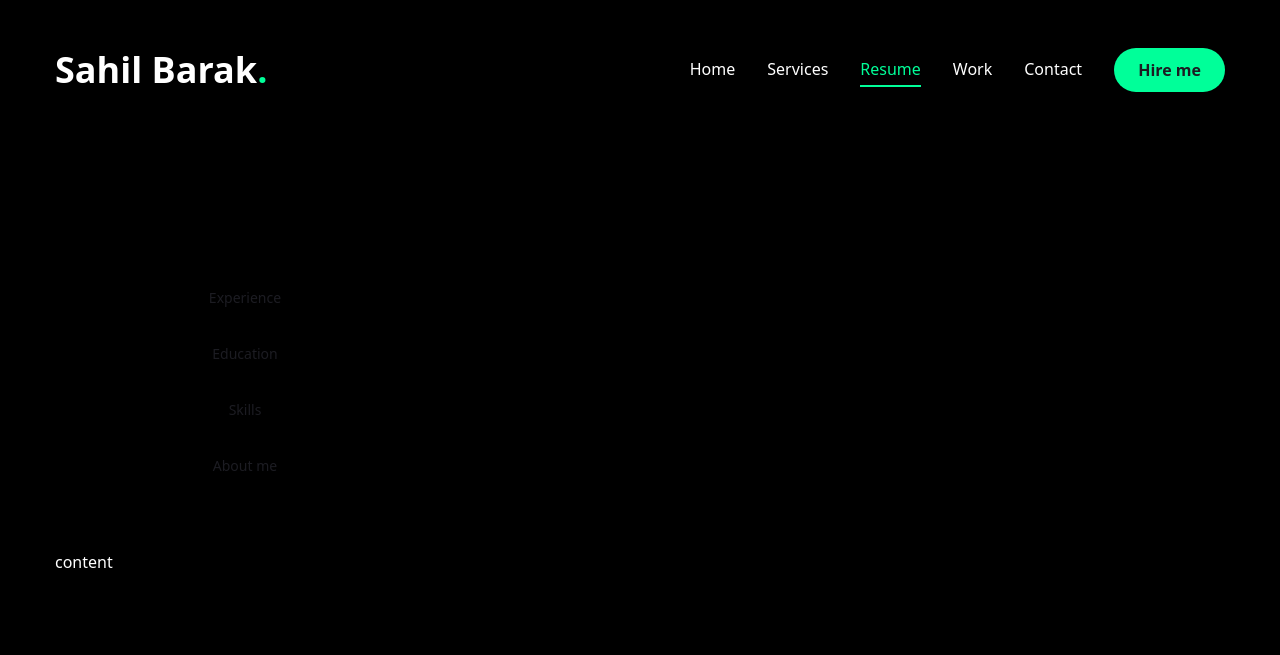
Repository: Moxsahil/My_portfolio
Page: /resume (app in sahil-portfolio/)
These files come from the project's save history. The page is drawn as it stood at one moment and after the next save; the edit follows.
The browser window is 1280 px wide. The pictures show the whole page.
The project was rebuilt for these pictures with package versions that can differ from the ones it lists, and the page was loaded fresh each time. The framework's server and built-in components were replaced by stand-ins that run in the browser. Also part of the build but not shown: sahil-portfolio/next.config.mjs, sahil-portfolio/components/ui/tooltip.jsx, sahil-portfolio/components/ui/scroll-area.jsx.

Above is the page before, as saved 2024-10-05 20:50:29.

### sahil-portfolio/app/layout.jsx
import { JetBrains_Mono } from "next/font/google";
import "./globals.css";
import Header from "@/components/Header";
import PageTransition from "@/components/PageTransition";
import StairTransition from "@/components/StairTransition";

const jetbrainsMono = JetBrains_Mono({
  subsets: ["latin"],
   weight: ["100", "200", "300", "400", "500", "600", "700", "800"],
   variable: '--font-jetbrainsMono'
});

export const metadata = {
  title: "Create Next App",
  description: "Generated by create next app",
};

export default function RootLayout({ children }) {
  return (
    <html lang="en">
      <body className={jetbrainsMono.variable}>
        <Header />
        <StairTransition />
        <PageTransition> {children}</PageTransition>
        </body>
    </html>
  );
}

### sahil-portfolio/app/resume/page.jsx
"use client";

import {
  FaHtml5,
  FaCss3,
  FaJs,
  FaReact,
  FaFigma,
  FaNodeJs,
} from 'react-icons/fa';

import { SiTailwindcss, SiNextdotjs } from 'react-icons/si';

//about data
const about = {
  title: 'About me',
  description: "Enthusiastic and diligent B.Tech Computer Science student with a strong foundation in Java programming, database management, and algorithm development. Adept at problem-solving and committed to continuous learning. Looking to leverage my skills and knowledge in a dynamic and challenging environment to contribute to innovative projects and advance my career in the tech industry.",
  info:[
    {
      fieldName: "Name",
      fieldValue: "Sahil Barak"
    },
    {
      fieldName: "Phone No",
      fieldValue: "(+91) 7404927198"
    },
    {
      fieldName: "Experience",
      fieldValue: "3 years of experience in contributing towards many projects and seeking for opportunities to work in the tech industry."
    },
    {
      fieldName: "Linkedin",
      fieldValue: "Sahil Barak"
    },
    {
      fieldName: "Email",
      fieldValue: "Sahilmk01@gmail.com"
    },
    {
      fieldName: "Nationality",
      fieldValue: "Indian"
    },
  ]
};

//experience
const experience = {
  icon: '/assets/resume/badge.svg',
  title: 'My Experience',
  description:
   "Enthusiastic and diligent B.Tech Computer Science student with a strong foundation in Java programming, database management, and algorithm development. Adept at problem-solving and committed to continuous learning. Looking to leverage my skills and knowledge in a dynamic and challenging environment to contribute to innovative projects and advance my career in the tech industry.",
   items: [
    {
      company: "Wipro",
      position: "Intern",
      duration: "Aug 2022 - Nov 2022",
    },
   ]
};

const education = {
  icon: '/assets/resume/cap.svg',
  title: 'My Education',
  description:
   "Qualifications I have",
   items: [
    {
      Institution: "PDM University",
      Degree : "B.Tech Computer Science",
      Grade: "7.31 CGPA",
      duration: "Aug 2019 - July 2023",
    },
    {
      Institution: "DAV Centenary Public School",
      Degree : "12th standard",
      Grade: "7.0 CGPA",
      duration: "Apr 2018 - Mar 2019",
    },
    {
      Institution: "DAV Centenary Public School",
      Degree : "10th standard",
      Grade: "8.6 CGPA",
      duration: "Apr 2016 - Mar 2017",
    },
   ]
};

//skills data
const skills = {
  title: 'My Skills',
  description: "Skills i learnt throughout my journey",
  skillList: [
    {
      icon: <FaHtml5 />,
      name: "HTML 5",
    },
    {
      icon: <FaCss3 />,
      name: "css 3",
    },
    {
      icon: <FaJs />,
      name: "javascript",
    },
    {
      icon: <FaReact/>,
      name: "react.js",
    },
    {
      icon: <SiNextdotjs />,
      name: "next.js",
    },
    {
      icon: <SiTailwindcss/>,
      name: "Tailwind.css",
    },
    {
      icon: <FaNodeJs />,
      name: "node.js",
    },
  ]
}

import { Tabs, TabsContent, TabsList, TabsTrigger } from "@/components/ui/tabs";

import { Tooltip, TooltipContent, TooltipProvider, TooltipTrigger } from '@/components/ui/tooltip';

import { ScrollArea } from '@/components/ui/scroll-area';
import { motion } from 'framer-motion';

const Resume = () => {
  return (
    <motion.div
    initial={{opacity: 0}}
    animate={{opacity: 1,
      transition: {delay: 2.4, duration: 0.4, ease: "easeIn"},
     }}
     className="min-h-[80vh] flex items-center justify-center py-12 xl:py-0"
     >
      <div className="container mx-auto">
        <Tabs defaultValue="Experience" className="flex flex-col xl: flex-row gap-[60px]">
          <TabsList className="flex flex-col w-full max-w-[380px] mx-auto xl:mx-0 gap-6">
            <TabsTrigger value="experience">Experience</TabsTrigger>
            <TabsTrigger value="education">Education</TabsTrigger>
            <TabsTrigger value="skills">Skills</TabsTrigger>
            <TabsTrigger value="about">About me</TabsTrigger>
          </TabsList>

          {/* content */}
          <div>content</div>

        </Tabs>
      </div>
      </motion.div>
  )
}

export default Resume;

### sahil-portfolio/app/globals.css
@tailwind base;
@tailwind components;
@tailwind utilities;

@layer base{
    body {
        @apply font-primary bg-black text-white leading-loose;
    }
    .h1{
        @apply text-[48px] xl:text-[80px] leading-[1.1] font-semibold;
    }
    .h2{
        @apply text-[36px] xl:text-[48px] leading-[1.1] font-semibold;
    }
    .h3{
        @apply text-[20px] xl:text-[24px] leading-[1.1] font-semibold;
    }
.text-outline{
    -webkit-text-stroke: 1px #ffffff;
}

.text-outline-hover{
    -webkit-text-stroke: 1px #00ff99;
}
}

### sahil-portfolio/components/Header.jsx
import Link from "next/link";
import { Button } from "./ui/button";

//components
import Nav from "./Nav";
import MobileNav from "./MobileNav";
const Header = () => {
  return (
     <header className = "py-8 xl:py-12 text-white">
    <div className = "container mx-auto flex justify-between items-center">
      {/* logo */}
      <Link href="/">
        <h1 className="text-4xl font-semibold">
          Sahil Barak<span className="text-accent">.</span>
        </h1>
        </Link>


        {/* desktop nav & hire me button */}
        <div className="hidden xl:flex items-center gap-8">
        <Nav />
        <Link href="/#contact">
        <Button>Hire me</Button>
        </Link>
        </div>

        {/* mobile nav */}
        <div className="xl:hidden">
          <MobileNav />
        </div>
    </div>
  </header>
  );
};

export default Header;

### sahil-portfolio/components/PageTransition.jsx
 "use client";


 import { AnimatePresence, motion } from "framer-motion";
import { usePathname } from "next/navigation";

 const PageTransition = ({children}) => {
  const pathname = usePathname();

  return (
    <AnimatePresence>

      <div key={pathname}>
        <motion.div initial={{opacity: 1}}
        animate={{opacity:0,
         transition: {delay: 1,duration: 0.4, ease: "easeInOut"},
         }}
         className="h-screen w-screen fixed bg-primary top-0 pointer-events-none"
         />
        {children}</div>
    </AnimatePresence>
  )
}

export default PageTransition

### sahil-portfolio/components/StairTransition.jsx
"use client";

import { AnimatePresence, motion } from "framer-motion";
import { usePathname } from "next/navigation";

//components
import Stairs from "./Stairs";

const StairTransition = () => {
  const pathname = usePathname();
  return (
    <>
    <AnimatePresence mode="wait">
      <div key={pathname}>
        <div className="h-screen w-screen fixed top-0 left-0 right-0
        pointer-events-none z-40 flex">
         <Stairs />
          </div>

        <motion.div
        className="h-screen w-screen fixed bg-primary top-0 pointer-events-none"
        initial={{opacity: 1}}
        animate={{
          opacity: 0,
          transition: {delay: 1,duration: 0.4, ease: "easeInOut" },
      }}
        />
      </div>
    </AnimatePresence>
    </>
  );
}

export default StairTransition

### sahil-portfolio/components/ui/tabs.jsx
"use client"

import * as React from "react"
import * as TabsPrimitive from "@radix-ui/react-tabs"

import { cn } from "@/lib/utils"

const Tabs = TabsPrimitive.Root

const TabsList = React.forwardRef(({ className, ...props }, ref) => (
  <TabsPrimitive.List
    ref={ref}
    className={cn(
      "inline-flex h-auto rounded-md p-1 text-primary", className )}
    {...props} />
))
TabsList.displayName = TabsPrimitive.List.displayName

const TabsTrigger = React.forwardRef(({ className, ...props }, ref) => (
  <TabsPrimitive.Trigger
    ref={ref}
    className={cn(
      "inline-flex items-center justify-center whitespace-nowrap rounded-sm px-3 py-1.5 text-sm font-medium ring-offset-white transition-all focus-visible:outline-none focus-visible:ring-2 focus-visible:ring-slate-950 focus-visible:ring-offset-2 disabled:pointer-events-none disabled:opacity-50 data-[state=active]:bg-white data-[state=active]:text-slate-950 data-[state=active]:shadow-sm dark:ring-offset-slate-950 dark:focus-visible:ring-slate-300 dark:data-[state=active]:bg-slate-950 dark:data-[state=active]:text-slate-50",
      className
    )}
    {...props} />
))
TabsTrigger.displayName = TabsPrimitive.Trigger.displayName

const TabsContent = React.forwardRef(({ className, ...props }, ref) => (
  <TabsPrimitive.Content
    ref={ref}
    className={cn(
      "mt-2 ring-offset-white focus-visible:outline-none focus-visible:ring-2 focus-visible:ring-slate-950 focus-visible:ring-offset-2 dark:ring-offset-slate-950 dark:focus-visible:ring-slate-300",
      className
    )}
    {...props} />
))
TabsContent.displayName = TabsPrimitive.Content.displayName

export { Tabs, TabsList, TabsTrigger, TabsContent }

### sahil-portfolio/components/ui/button.jsx
import * as React from "react"
import { Slot } from "@radix-ui/react-slot"
import { cva } from "class-variance-authority";

import { cn } from "@/lib/utils"

const buttonVariants = cva(
  "inline-flex items-center justify-center whitespace-nowrap rounded-full text-base font-semibold ring-offset-white transition-colors",
  {
    variants: {
      variant: {
        default: "bg-accent text-primary hover:bg-accent-hover",
        primary: "bg-primary text-white ",
        outline:
        "border border-accent bg-transparent text-accent hover :bg-accent hover: text-primary",

      },
      size: {
        default: "h-[44px] px-6",
        md: "h-[48px] px-6",
        lg: "h-[56px] px-8 text-sm uppercase tracking-[2px]",

      },
    },
    defaultVariants: {
      variant: "default",
      size: "default",
    },
  }
)

const Button = React.forwardRef(({ className, variant, size, asChild = false, ...props }, ref) => {
  const Comp = asChild ? Slot : "button"
  return (
    (<Comp
      className={cn(buttonVariants({ variant, size, className }))}
      ref={ref}
      {...props} />)
  );
})
Button.displayName = "Button"

export { Button, buttonVariants }

### sahil-portfolio/components/Nav.jsx
"use client";

import Link from "next/link";
import { usePathname } from "next/navigation";

const links = [
    {
        name: "Home",
        path: "/",
    },
    {
        name: "services",
        path: "/services",
    },
    {
        name: "resume",
        path: "/resume",
    },
    {
        name: "work",
        path: "/work",
    },
    {
        name: "contact",
        path: "/contact",
    },
];


const Nav = () => {
    const pathname = usePathname();
  return (
    <nav className="flex gap-8">
        {links.map((link, index) => {
            return (
                <Link href={link.path} key={index} className ={`${
                    link.path === pathname &&
                    "text-accent border-b-2 border-accent"}
                    capitalize font-medium hover:text-accent transition-all`}
                    >
                    {link.name}
                </Link>
            );
        })}
    </nav>
  )
}

export default Nav

### sahil-portfolio/components/MobileNav.jsx
"use client";

import { Sheet, SheetContent, SheetTrigger } from "@/components/ui/sheet";
import { usePathname } from "next/navigation";
import Link from "next/link";
import { CiMenuFries } from "react-icons/ci";

const links = [
  {
    name: "Home",
    path: "/",
  },
  {
    name: "services",
    path: "/services",
  },
  {
    name: "resume",
    path: "/resume",
  },
  {
    name: "work",
    path: "/work",
  },
  {
    name: "contact",
    path: "/contact",
  },
]

const MobileNav = () => {
  const pathname = usePathname();
  return (
    <Sheet>
      <SheetTrigger className ="flex-justify-center items-center">
        <CiMenuFries className="text-[32px] text-accent"/>
      </SheetTrigger>
      <SheetContent className="flex flex-col">
        {/* logo */}
        <div className="mt-32 mb-40 text-center text-2xl">
          <Link href="/">
          <h1 className="text-4xl font-semibold">
            Sahil Barak<span className="text-accent">.</span></h1>
          </Link>
        </div>
        {/* nav  */}
        <nav className="flex flex-col justify-center items-center gap-8">
          {links.map((link, index) => {
            return(
              <Link href={link.path} key={index} className={` ${link.path === pathname && "text-accent border-b-2 border-accent"}text-xl capitalize hover:text-accent transition-all`}>
                {link.name}
              </Link>
            );
          })}
        </nav>
      </SheetContent>
    </Sheet>
  );
};

export default MobileNav;

### sahil-portfolio/components/Stairs.jsx
import { motion } from "framer-motion";

const stairAnimation = {
    initial: {
        top: "0%",
    },
    animate: {
        top: "100%",
    },
    exit: {
        top: ["100%`", "0%"],
    },
};


// calculate the reverse index fot staggred delay

const reverseIndex = (index) => {
    const totalSteps = 6; // number of steps
    return totalSteps - index - 1;
};
const Stairs = () => {
  return (
  <>

    {/* render 6 motion divs, each representing a step of the stairs.
    Each div will have the same animation defined by the stairsAnimation object.
    the delay for each div is calculated sinamically based on its reversed index ,
    creating a staggered effect with decreasing delay for each subsequent step.
    */}
    {[...Array(6)].map((_, index)=>{
        return (
        <motion.div
         key={index}
         variants={stairAnimation}
         initial="initial"
         animate="animate"
         exit="exit"
         transition={{
            duration: 0.4,
            ease: "easeInOut",
            delay: reverseIndex(index) * 0.1,
        }}
        className="h-full w-full bg-white relative"
        />
    );
    })}
  </>
  );
};

export default Stairs

### sahil-portfolio/components/ui/sheet.jsx
"use client";
import * as React from "react"
import * as SheetPrimitive from "@radix-ui/react-dialog"
import { cva } from "class-variance-authority";
import { cn } from "@/lib/utils"

import { IoMdClose } from "react-icons/io";

const Sheet = SheetPrimitive.Root

const SheetTrigger = SheetPrimitive.Trigger

const SheetClose = SheetPrimitive.Close

const SheetPortal = SheetPrimitive.Portal

const SheetOverlay = React.forwardRef(({ className, ...props }, ref) => (
  <SheetPrimitive.Overlay
    className={cn(
      "fixed inset-0 z-50 bg-black/80  data-[state=open]:animate-in data-[state=closed]:animate-out data-[state=closed]:fade-out-0 data-[state=open]:fade-in-0",
      className
    )}
    {...props}
    ref={ref} />
))
SheetOverlay.displayName = SheetPrimitive.Overlay.displayName

const sheetVariants = cva(
  "fixed z-50 gap-4 bg-primary p-6 shadow-lg transition ease-in-out data-[state=open]:animate-in data-[state=closed]:animate-out data-[state=closed]:duration-300 data-[state=open]:duration-500 dark:bg-slate-950",
  {
    variants: {
      side: {
        top: "inset-x-0 top-0 border-b data-[state=closed]:slide-out-to-top data-[state=open]:slide-in-from-top",
        bottom:
          "inset-x-0 bottom-0 border-t data-[state=closed]:slide-out-to-bottom data-[state=open]:slide-in-from-bottom",
        left: "inset-y-0 left-0 h-full w-3/4 border-r data-[state=closed]:slide-out-to-left data-[state=open]:slide-in-from-left sm:max-w-sm",
        right:
          "inset-y-0 right-0 h-full w-3/4  data-[state=closed]:slide-out-to-right data-[state=open]:slide-in-from-right sm:max-w-sm",
      },
    },
    defaultVariants: {
      side: "right",
    },
  }
)

const SheetContent = React.forwardRef(({ side = "right", className, children, ...props }, ref) => (
  <SheetPortal>
    <SheetOverlay />
    <SheetPrimitive.Content ref={ref} className={cn(sheetVariants({ side }), className)} {...props}>
      {children}
      <SheetPrimitive.Close
        className= "absolute right-8 top-8 transition-opacity outline-none">
        <IoMdClose className="text-3xl text-accent" />
        <span className="sr-only">Close</span>
      </SheetPrimitive.Close>
    </SheetPrimitive.Content>
  </SheetPortal>
))
SheetContent.displayName = SheetPrimitive.Content.displayName

const SheetHeader = ({
  className,
  ...props
}) => (
  <div
    className={cn("flex flex-col space-y-2 text-center sm:text-left", className)}
    {...props} />
)
SheetHeader.displayName = "SheetHeader"

const SheetFooter = ({
  className,
  ...props
}) => (
  <div
    className={cn("flex flex-col-reverse sm:flex-row sm:justify-end sm:space-x-2", className)}
    {...props} />
)
SheetFooter.displayName = "SheetFooter"

const SheetTitle = React.forwardRef(({ className, ...props }, ref) => (
  <SheetPrimitive.Title
    ref={ref}
    className={cn("text-lg font-semibold text-slate-950 dark:text-slate-50", className)}
    {...props} />
))
SheetTitle.displayName = SheetPrimitive.Title.displayName

const SheetDescription = React.forwardRef(({ className, ...props }, ref) => (
  <SheetPrimitive.Description
    ref={ref}
    className={cn("text-sm text-slate-500 dark:text-slate-400", className)}
    {...props} />
))
SheetDescription.displayName = SheetPrimitive.Description.displayName

export {
  Sheet,
  SheetPortal,
  SheetOverlay,
  SheetTrigger,
  SheetClose,
  SheetContent,
  SheetHeader,
  SheetFooter,
  SheetTitle,
  SheetDescription,
}

### sahil-portfolio/tailwind.config.js
/** @type {import('tailwinds').Config} */
module.exports = {
  darkMode: ["class"],
  content: [
    './pages/**/*.{js,jsx}',
    './components/**/*.{js,jsx}',
    './app/**/*.{js,jsx}',
    './src/**/*.{js,jsx}',
  ],
  prefix: "",
  theme: {
    container: {
      center: true,
      padding: "15px",
    },
      screens: {
      sm: "640px",
      md: "768px",
      lg: "960px",
      xl: "1200px",
    },
    fontFamily: {
      primary: "var(--font-JetBrainsMono)",
    },
    extend: {

      colors: {
        primary: '#1c1c22',
        accent: {
          DEFAULT: '#00ff99',
          hover: '#00e187'
        }
      },

      keyframes: {
        "accordion-down": {
          from: { height: "0" },
          to: { height: "var(--radix-accordion-content-height)" },
        },
        "accordion-up": {
          from: { height: "var(--radix-accordion-content-height)" },
          to: { height: "0" },
        },
      },
      animation: {
        "accordion-down": "accordion-down 0.2s ease-out",
        "accordion-up": "accordion-up 0.2s ease-out",
      },
    },
  },
  plugins: [require("tailwindcss-animate")],
}

Loaded but not shown: sahil-portfolio/lib/utils.js (common file)

After the next save:
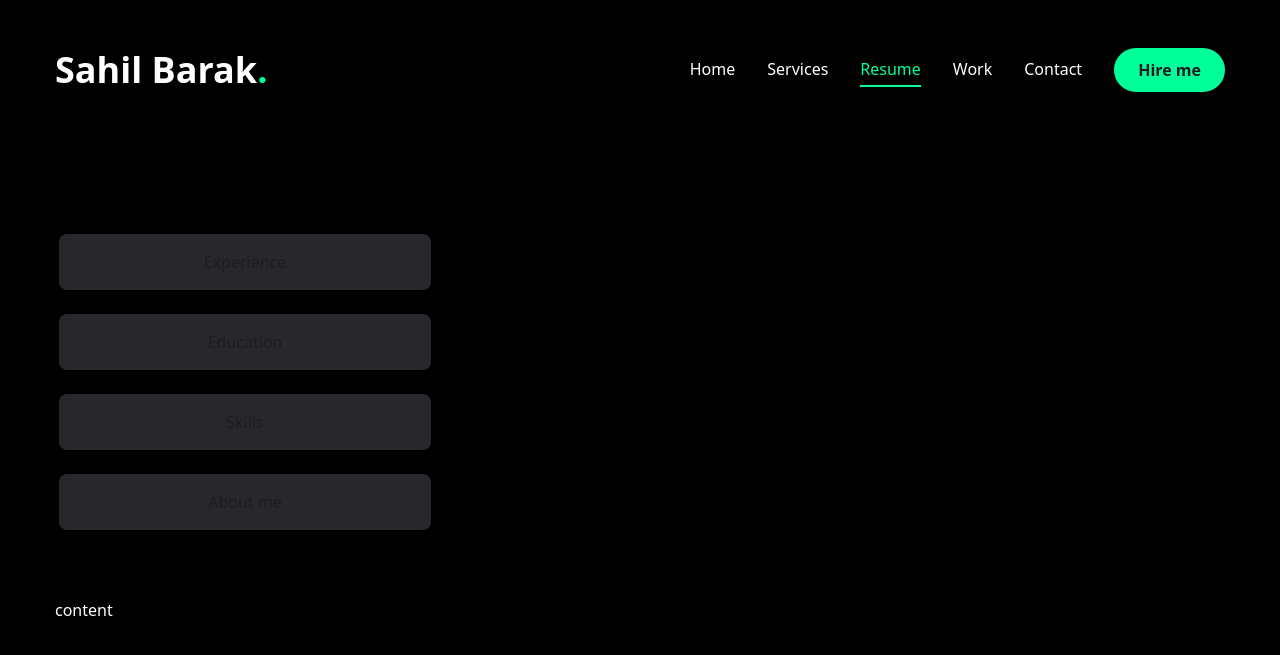
Saved 46 min 12 s later.
--- a/sahil-portfolio/components/ui/tabs.jsx
+++ b/sahil-portfolio/components/ui/tabs.jsx
@@ -20,7 +20,7 @@
   <TabsPrimitive.Trigger
     ref={ref}
     className={cn(
-      "inline-flex items-center justify-center whitespace-nowrap rounded-sm px-3 py-1.5 text-sm font-medium ring-offset-white transition-all focus-visible:outline-none focus-visible:ring-2 focus-visible:ring-slate-950 focus-visible:ring-offset-2 disabled:pointer-events-none disabled:opacity-50 data-[state=active]:bg-white data-[state=active]:text-slate-950 data-[state=active]:shadow-sm dark:ring-offset-slate-950 dark:focus-visible:ring-slate-300 dark:data-[state=active]:bg-slate-950 dark:data-[state=active]:text-slate-50",
+      "inline-flex items-center w-full bg-[#27272c] justify-center whitespace-nowrap text-white rounded-lg p-3 text-balance font-medium ring-offset-white transition-all disabled:pointer-events-none disabled:opacity-50 data-[state=active]:bg-accent data-[state=active]: text-primary data-[state=active]:font-bold data-[state=active]:shadow-sm",
       className
     )}
     {...props} />
